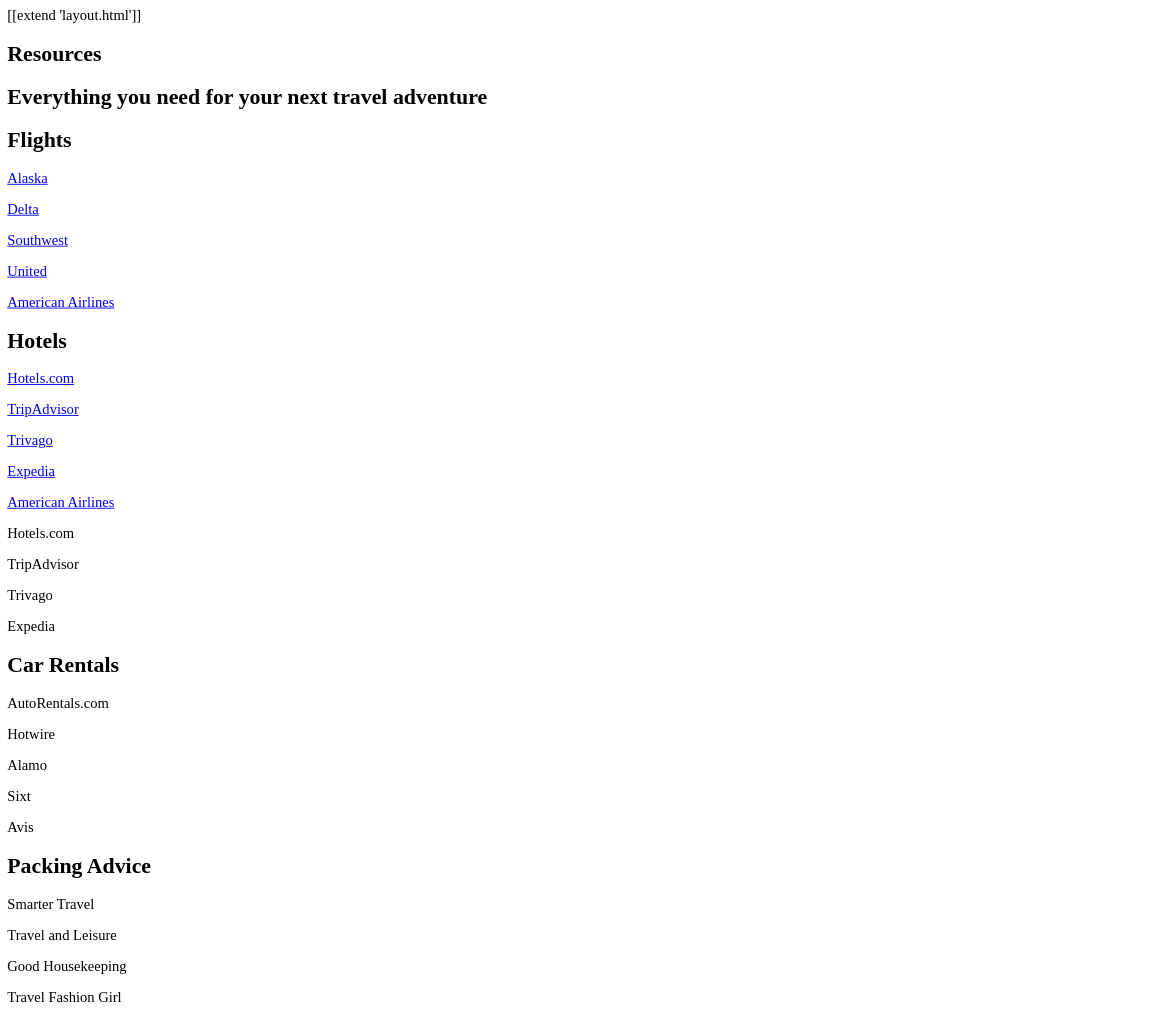
Repository: mreyeszaz/travel-tea-website
Page: templates/resources.html
The author's editor kept a copy of each file at every save. The page is drawn from the files as they stood at one save, then again after the next save.
The browser window is 1280 px wide. The pictures show the whole page, at 91% of full size.

Above is the page before, as saved 2021-05-29 22:57:27.

After the next save:
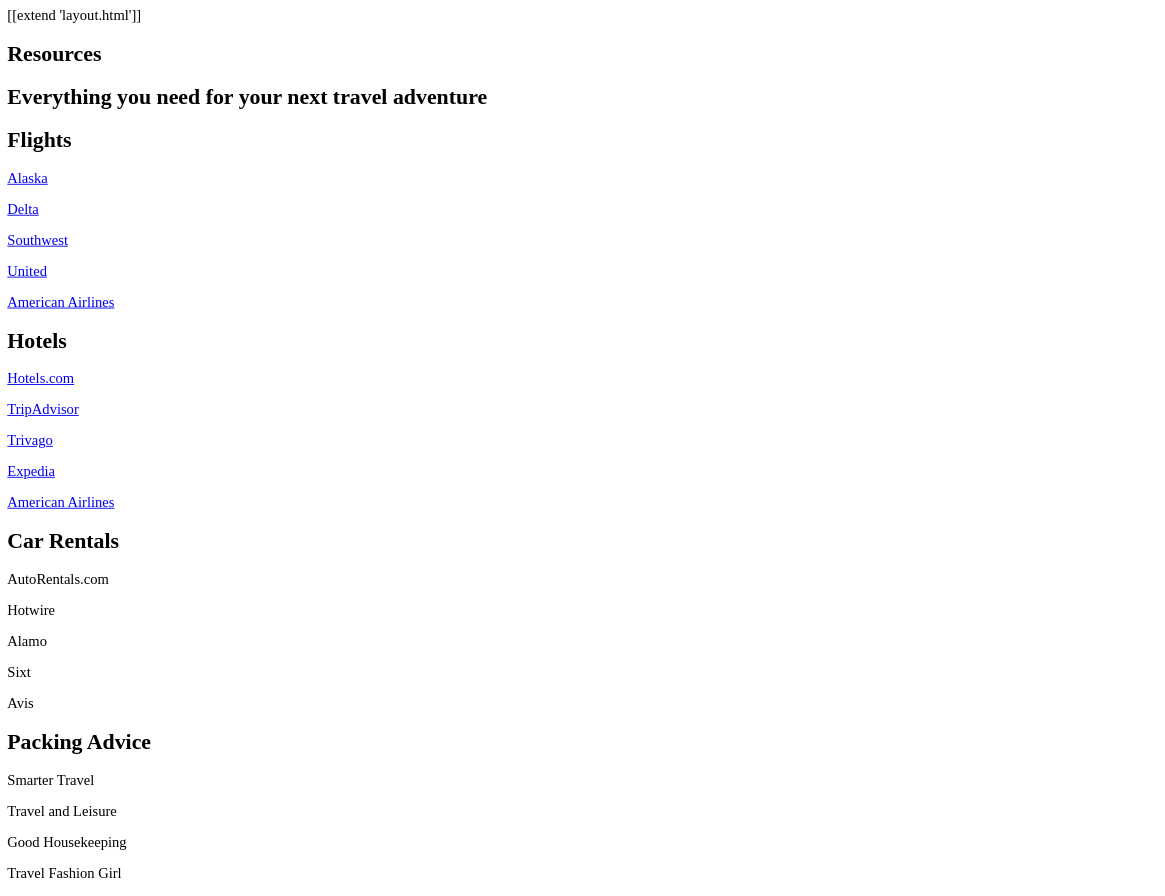
Saved 6 s later.
--- a/templates/resources.html
+++ b/templates/resources.html
@@ -22,10 +22,7 @@
             <a href="https://www.southwest.com/"><p>Trivago</p></a>
             <a href="https://www.united.com/en/us"><p>Expedia</p></a>
             <a href="https://www.aa.com/homePage.do"><p>American Airlines</p></a>
-            <p> Hotels.com </p>
-            <p> TripAdvisor </p>
-            <p> Trivago </p>
-            <p> Expedia </p>
+
         </div>
 
         <div class="box">
